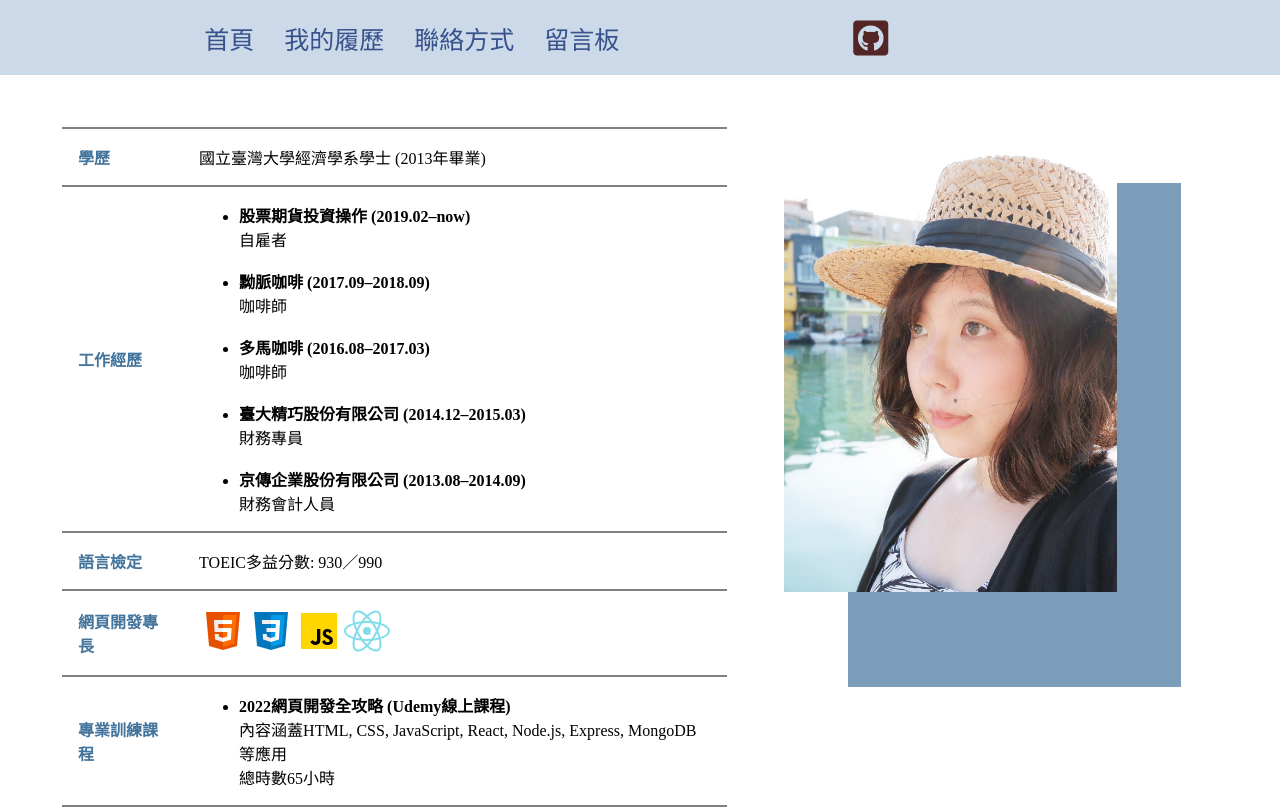
Repository: lcjyc/portfolio-website
Page: /resume
An editor plug-in stored every save of this project. The page is shown before and after the next save, followed by the edit.
The browser window is 1280 px wide. The pictures show the whole page.
The project was rebuilt for these pictures with package versions that can differ from the ones it lists, and the page was loaded fresh each time. Also part of the build but not shown: src/pages/home/home.css, src/pages/home/Home.jsx, src/pages/contact/contact.css, src/pages/contact/Contact.jsx.

Above is the page before, as saved 2022-08-20 09:40:51.

After the next save:
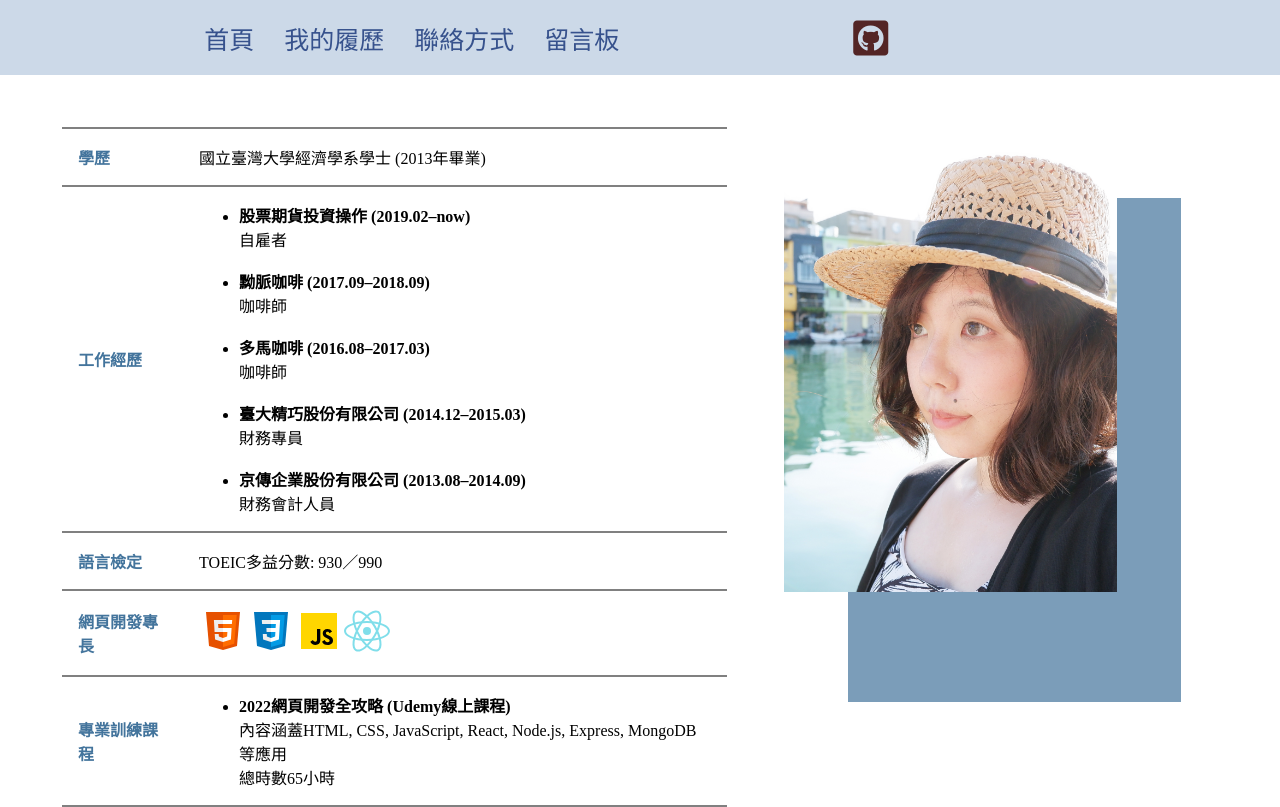
Saved 14 s later.
--- a/src/pages/resume/resume.css
+++ b/src/pages/resume/resume.css
@@ -57,7 +57,7 @@
   height: 70vh;
   background-color: rgb(67, 116, 156, 0.7);
   position: absolute;
-  top: 12vh;
+  top: 14vh;
   left: 7vw;
   z-index: -1;
 }
